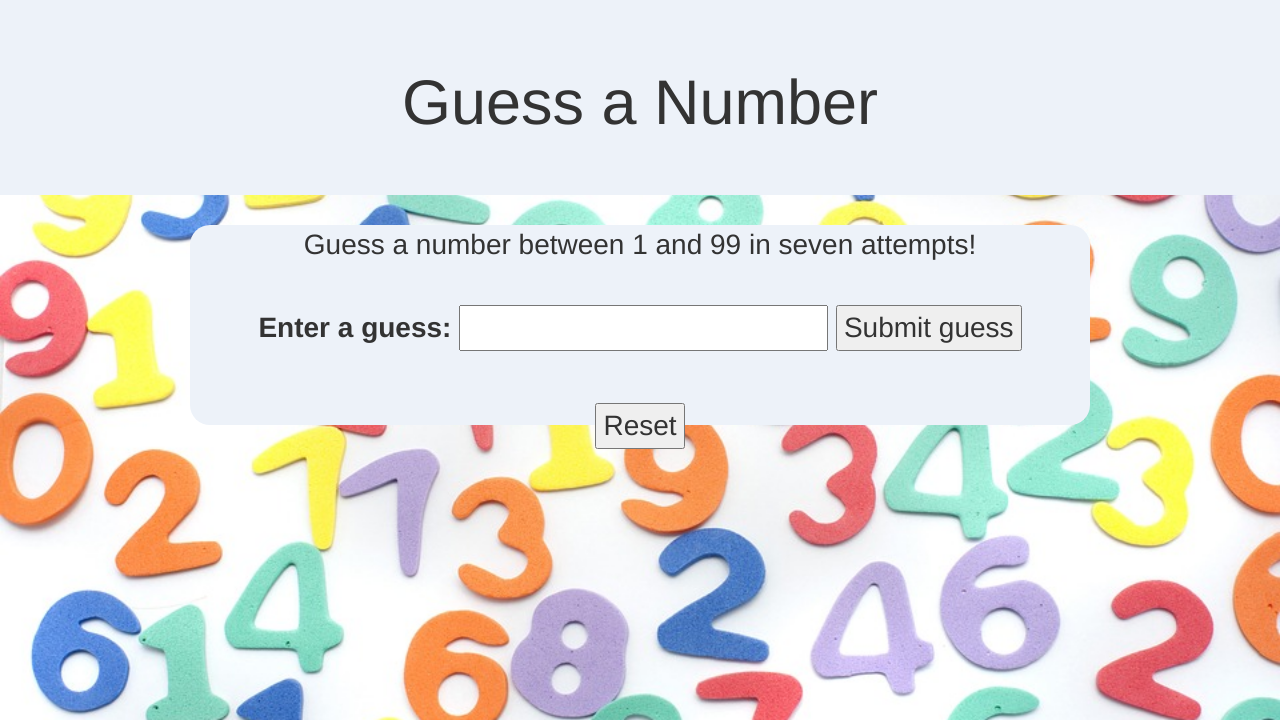
Repository: EricG831/lab2
Page: guessNumber/index.html
The author's editor kept a record of every edit. The page is drawn from the files as they stood at one moment, then again after the next edit.
The browser window is 1280 px wide. The pictures show the whole page.

Above is the page before.
Console error: SyntaxError: Unexpected token '<'

### guessNumber/index.html
<!DOCTYPE html>
<html>
    <head>
        <title> Guess a Number </title>
        <meta charset="utf-8" />
        <script src="https://code.jquery.com/jquery.min.js"></script>

        <!--Bootstrap files-->
        <link rel="stylesheet" href="https://maxcdn.bootstrapcdn.com/bootstrap/3.3.7/css/bootstrap.min.css" integrity="sha384-BVYiiSIFeK1dGmJRAkycuHAHRg32OmUcww7on3RYdg4Va+PmSTsz/K68vbdEjh4u" crossorigin="anonymous">
        <script src="https://maxcdn.bootstrapcdn.com/bootstrap/3.3.7/js/bootstrap.min.js" integrity="sha384-Tc5IQib027qvyjSMfHjOMaLkfuWVxZxUPnCJA7l2mCWNIpG9mGCD8wGNIcPD7Txa" crossorigin="anonymous"></script>

        <!--Custom Styles-->
        <link href="css/styles.css" rel="stylesheet" type="text/css" />
    </head>
    <body>

        <div class="jumbotron">
            <h1>Guess a Number</h1>
        </div>

        <div id="directions" class= "resultParas">
            Guess a number between 1 and 99 in seven attempts!

            <br><br>
            <label for="guessField">Enter a guess: </label>
            <input type="text" id="guessField" class="guessField">
            <input type="submit" value="Submit guess" class="guessSubmit">

            </br></br>
            <p id="guesses"></p>
            <p id="lastResult"></p>
            <p id="lowOrHi"></p>
            <button id='reset'>Reset</button>

        </div>
        <script SRC="js/function.js"></script>
    </body>
</html>

### guessNumber/js/function.js
<script >

          var randomNumber = Math.floor(Math.random() * 99) + 1;
          var guesses = document.querySelector('#guesses');
          var lastResult = document.querySelector('#lastResult');
          var lowOrHi = document.querySelector('#lowOrHi');

          var guessSubmit = document.querySelector('.guessSubmit');
          var guessField = document.querySelector('.guessField');

          var guessCount = 1;
          var resetButton = document.querySelector('#reset');
          resetButton.style.display = 'none';
          guessField.focus();

          function checkGuess(){
              var userGuess = Number(guessField.value);
            if (guessCount === 1) {
                guesses.innerHTML = 'Previous guesses: ';
            }
            guesses.innerHTML += userGuess + ' ';

              if (userGuess === randomNumber) {
                lastResult.innerHTML = 'Congratulations! You got it right!';
                lastResult.style.backgroundColor = 'green';
                lowOrHi.innerHTML = '';
                setGameOver();
              } else if (guessCount === 7) {
                lastResult.innerHTML = 'Sorry, you lost!';
                setGameOver();
              } else {
                lastResult.innerHTML = 'Wrong!';
                lastResult.style.backgroundColor = 'red';
                if(userGuess < randomNumber) {
                  lowOrHi.innerHTML = 'Last guess was too low!';
                } else if(userGuess > randomNumber) {
                  lowOrHi.innerHTML = 'Last guess was too high!';
                }
              }

              guessCount++;
              guessField.value = '';
              guessField.focus();
          }

          guessSubmit.addEventListener('click', chekcGuess);

          function setGameOver() {
            guessField.disabled = true;
            guessSubmit.disabled = true;
            resetButton.style.display = 'inline';
            resetButton.addEventListener('click', resetGame);
          }

          function resetGame() {
            guessCount = 1;

            var resetParas = document.querySelectorAll('.resultParas p');
            for (var i = 0 ; i < resetParas.length ; i++) {
              resetParas[i].textContent = '';
            }

            resetButton.style.display = 'none';

            guessField.disabled = false;
            guessSubmit.disabled = false;
            guessField.value = '';
            guessField.focus();

            lastResult.style.backgroundColor = 'white';

            randomNumber = Math.floor(Math.random() * 99) + 1;
          }

Loaded but not shown: guessNumber/css/styles.css (common file)

After the next edit:
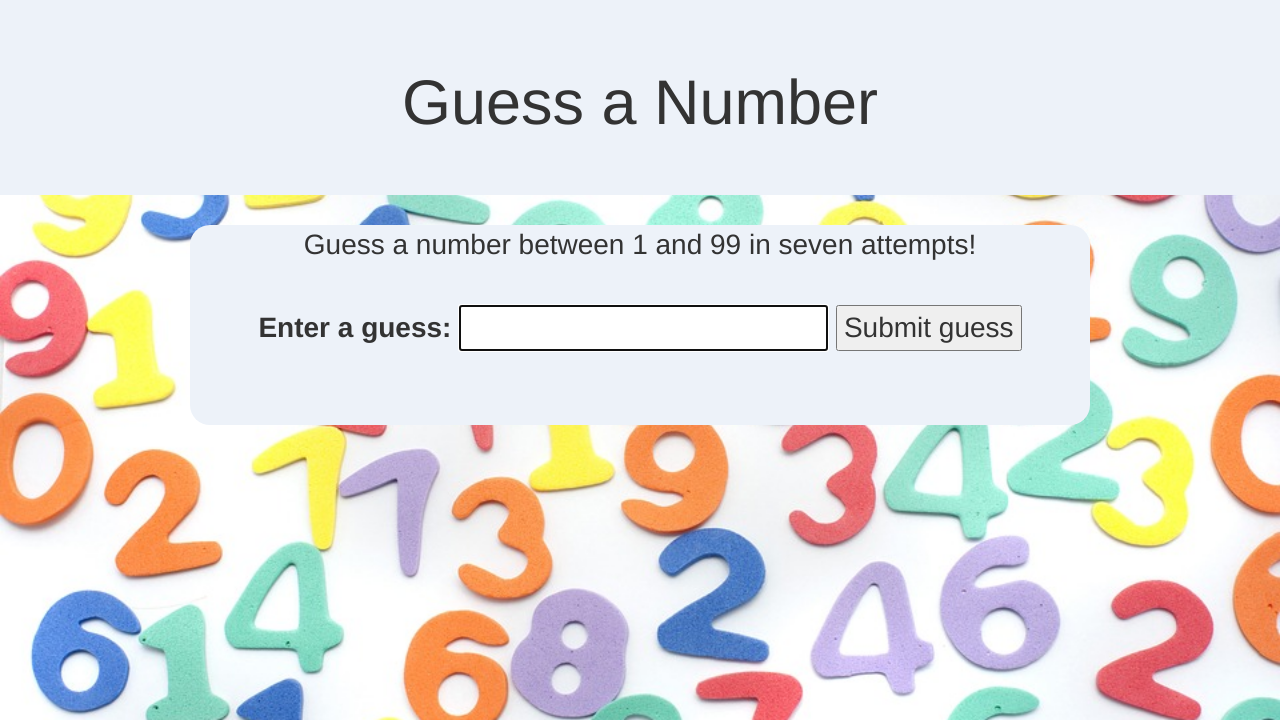
Console error: ReferenceError: chekcGuess is not defined
The edit:
--- a/guessNumber/js/function.js
+++ b/guessNumber/js/function.js
@@ -1,4 +1,4 @@
-<script >
+
 
           var randomNumber = Math.floor(Math.random() * 99) + 1;
           var guesses = document.querySelector('#guesses');
